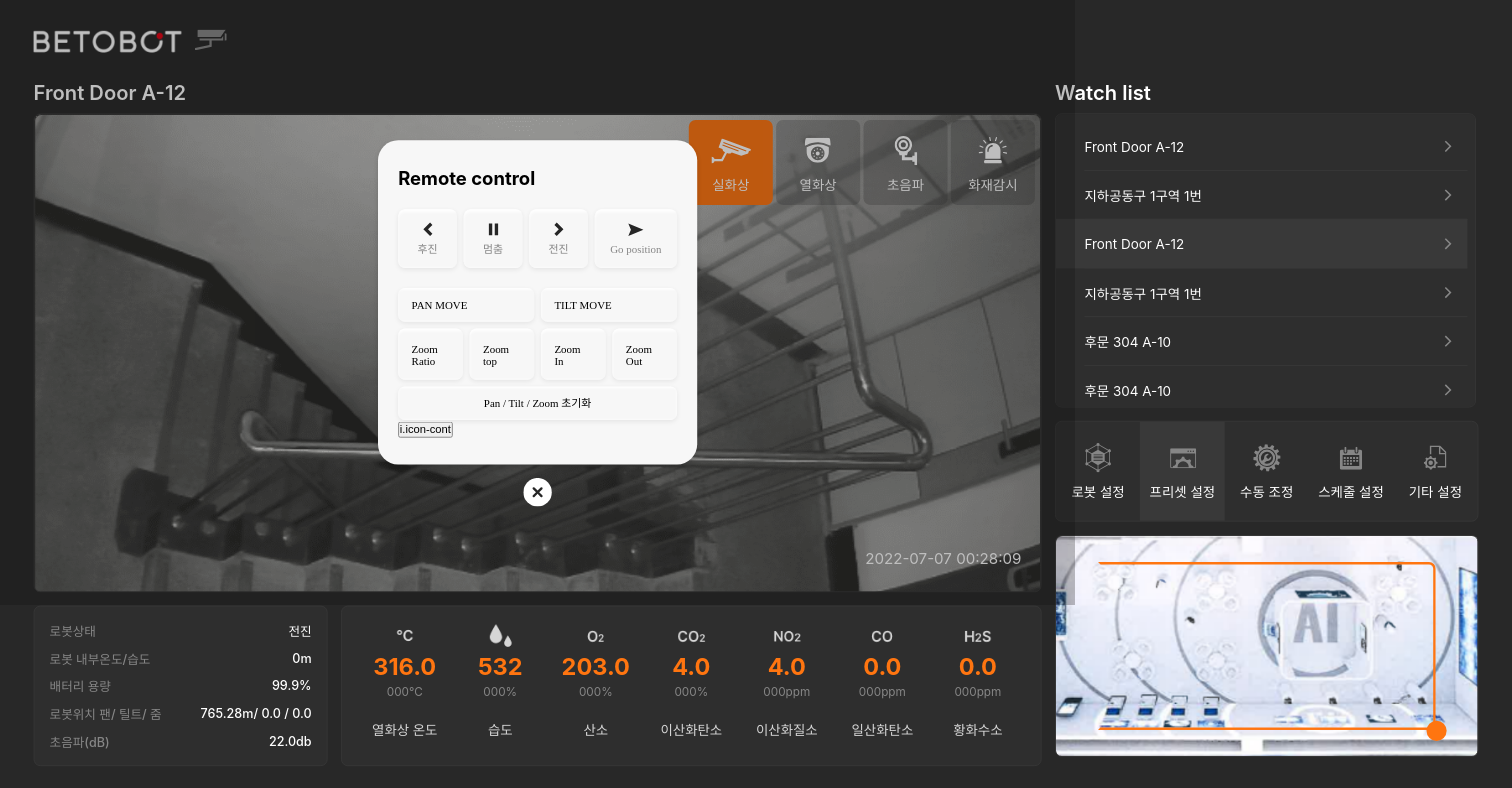
Repository: jang0ha/betobot
Page: content/main/main.html
An editor plug-in stored every save of this project. The page is shown before and after the next save, followed by the edit.
The browser window is 1280 px wide. The page is 1800 px wide, so the pictures cover 1800 px, including what lies to the right of the window. The pictures show the whole page, at 84% of full size.
Some web fonts or font styles are not loaded; a fallback is used. The style sheet was rebuilt from its Sass, Less or Tailwind sources for each picture, by a compiler version that may differ from the author's.

Above is the page before, as saved 2022-07-20 15:31:44.

After the next save:
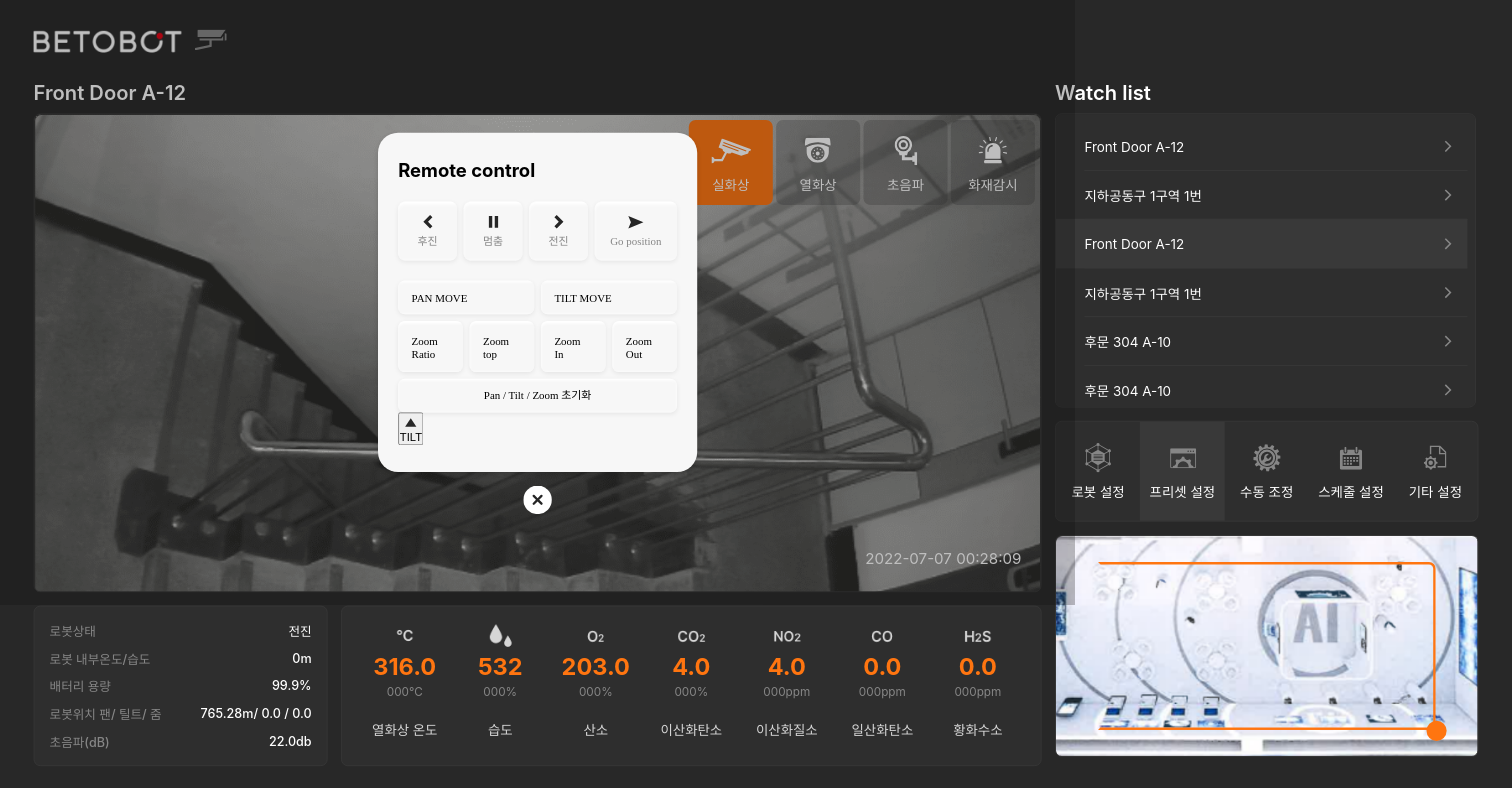
Saved 21 s later.
--- a/content/main/main.html
+++ b/content/main/main.html
@@ -281,8 +281,9 @@
                 </div>
 
                 <div class="remote-control-wrap">
-                    <button type="button">
-                        i.icon-cont
+                    <button type="button" class="control-btn">
+                        <i class="icon-control-up"></i>
+                        <p>TILT</p>
                     </button>
                 </div>
             </div>
